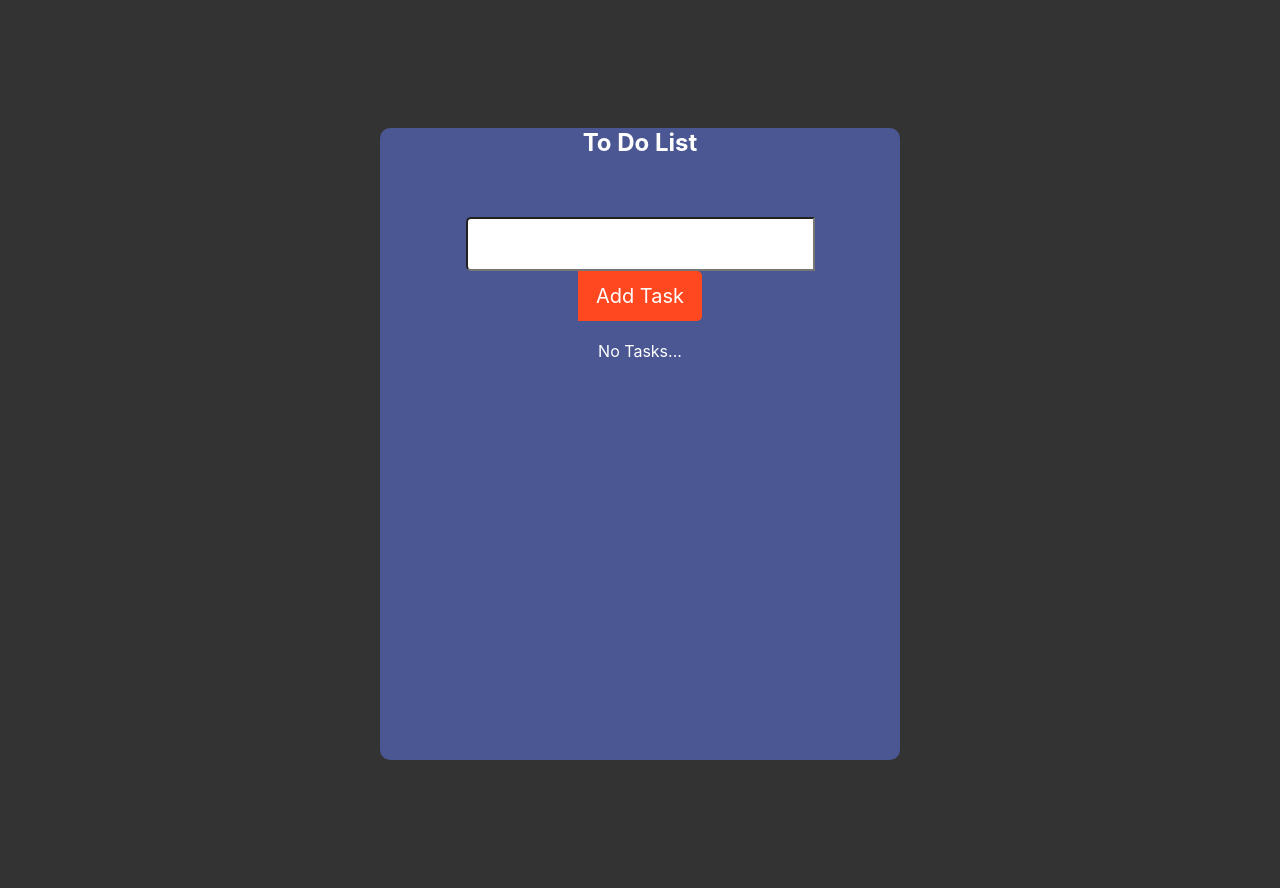
Repository: kirangautam45/ToDoList
Page: /
The author's editor kept a copy of each file at every save. The page is drawn from the files as they stood at one save, then again after a run of saves.
The browser window is 1280 px wide. The pictures show the whole page.
The project was rebuilt for these pictures with package versions that can differ from the ones it lists, and the page was loaded fresh each time. Also part of the build but not shown: src/components/Update.js.

Above is the page before, as saved 2022-08-07 20:41:41.

### src/App.js
import { useState } from "react";
import TodoForm from "./components/TodoForm";
import Update from "./components/Update";
import ToDo from "./components/Todo";

import "./App.css";

function App() {
  // Tasks (To Do List) State
  const [toDo, setToDo] = useState([]);
  const [newTask, setNewTask] = useState("");
  const [updateData, setUpdateData] = useState("");


  // Add task
  const addTask = () => {
    if (newTask) {
      let num = toDo.length + 1;
      let newEntry = { id: num, title: newTask, status: false };
      setToDo([...toDo, newEntry]);
      setNewTask("");
    }
  };

  // Delete task
  const deleteTask = (id) => {
    let newTasks = toDo.filter((task) => task.id !== id);
    setToDo(newTasks);
  };

  // Mark task as completed
  const markDone = (id) => {
    let newTask = toDo.map((task) => {
      if (task.id === id) {
        return { ...task, status: !task.status };
      }
      return task;
    });
    setToDo(newTask);
  };

  // Cancel update
  const cancelUpdate = () => {
    setUpdateData("");
  };

  // Change task for update
  const changeTask = (e) => {
    let newEntry = {
      id: updateData.id,
      title: e.target.value,
      status: updateData.status ? true : false,
    };
    setUpdateData(newEntry);
  };

  // Update task
  const updateTask = () => {
    let filterRecords = [...toDo].filter((task) => task.id !== updateData.id);
    let updatedObject = [...filterRecords, updateData];
    setToDo(updatedObject);
    setUpdateData("");
  };
  // search task

  return (
    <div className="container">
      <h2>To Do List</h2>
      <br />
      <br />

      {updateData && updateData ? (
        <Update
          updateData={updateData}
          changeTask={changeTask}
          updateTask={updateTask}
          cancelUpdate={cancelUpdate}
        />
      ) : (
        <TodoForm newTask={newTask} setNewTask={setNewTask} addTask={addTask} />
      )}

      {toDo && toDo.length ? "" : "No Tasks..."}

      <ToDo
        toDo={toDo}
        markDone={markDone}
        setUpdateData={setUpdateData}
        deleteTask={deleteTask}
      />

    </div>
  );
}

export default App;

### src/components/TodoForm.js
import React from "react";

const TodoForm = ({ newTask, setNewTask, addTask }) => {
  return (
    <div>
      <div className="row">
        <div className="col">
          <input
            value={newTask}
            onChange={(e) => setNewTask(e.target.value)}
            className="form-control"
          />
        </div>
        <div className="col-auto">
          <button onClick={addTask} className="btn-success">
            Add Task
          </button>
        </div>
      </div>
      <br />
    </div>
  );
};

export default TodoForm;

### src/components/Todo.js
import React from "react";
import { FontAwesomeIcon } from "@fortawesome/react-fontawesome";
import {
  faCircleCheck,
  faPen,
  faTrashCan,
} from "@fortawesome/free-solid-svg-icons";
const Todo = ({ toDo, markDone, setUpdateData, deleteTask }) => {
  return (
    <div>
      {toDo &&
        toDo
          .sort((a, b) => (a.id > b.id ? 1 : -1))
          .map((task, index) => {
            return (
              <React.Fragment key={task.id}>
                <div className="col taskBg">
                  <div className={task.status ? "done" : ""}>
                    <span className="taskNumber">{index + 1}</span>
                    <span className="taskText">{task.title}</span>
                  </div>
                  <div className="iconsWrap">
                    <span
                      title="Completed / Not Completed"
                      onClick={(e) => markDone(task.id)}
                    >
                      <FontAwesomeIcon icon={faCircleCheck} />
                    </span>

                    {task.status ? null : (
                      <span
                        title="Edit"
                        onClick={() =>
                          setUpdateData({
                            id: task.id,
                            title: task.title,
                            status: task.status ? true : false,
                          })
                        }
                      >
                        <FontAwesomeIcon icon={faPen} />
                      </span>
                    )}

                    <span title="Delete" onClick={() => deleteTask(task.id)}>
                      <FontAwesomeIcon icon={faTrashCan} />
                    </span>
                  </div>
                </div>
              </React.Fragment>
            );
          })}
    </div>
  );
};

export default Todo;

### src/App.css
body {
  background-color: #333;
  color: #fff;
}

.container{

  flex-direction: column;
  justify-content: start;
  width: 520px;
  min-height: 600px;
  background: #4a5792;
  text-align: center;
  margin: 128px auto;
  border-radius: 10px;
  padding-bottom: 32px;
}

.taskBg {
  background-color: rgb(130, 94, 94);
  border-radius: 6px;
  margin-bottom: 20px;
  padding: 10px 140px 10px 15px;
  text-align: left;
  font-size: 22px;
  position: relative;
}

.taskBg div {
  display: flex;
  align-items: center;
}

.taskNumber {
  color: rgb(180, 84, 84);
  border: 1px solid rgb(108, 39, 39);
  border-radius: 50%;
  width: 26px;
  height: 26px;
  display: flex;
  text-align: center;
  font-size: 14px;
  margin-right: 8px;
  align-items: center;
  justify-content: center;
}

.taskBg .taskText {
  flex: 1;
}

.taskBg .done .taskText {
  text-decoration: line-through;
  opacity: 0.8;
}

.taskBg .iconsWrap {
  position: absolute;
  top: 50%;
  transform: translateY(-50%);
  right: 15px;
  width: auto;
  display: inline-block;
}

.taskBg .iconsWrap span {
  display: inline-block;
  margin: 0px 10px 0 10px;
  cursor: pointer;
  color: #94e2be;
}

.taskBg .iconsWrap span:hover {
  color: rgb(250, 250, 23);
}

.mr-20 {
  margin-right: 20px;
}
.btn-success{
  flex: 0.6;
    min-height: 50px;
    font-family: var(--font-family);
    font-weight: 400;
    font-size: 20px;
    line-height: 28px;
    background: #FF4820;
    border: 2px solid #FF4820;
    padding: 0 1rem;
    color: #fff;
    cursor: pointer;
    outline: none;
    border-top-right-radius: 5px;
    border-bottom-right-radius: 5px;
}
.btn-warning{
  flex: 0.6;
  min-height: 50px;
  font-family: var(--font-family);
  font-weight: 400;
  font-size: 20px;
  line-height: 28px;
  background: #FF4820;
  border: 2px solid #FF4820;
  padding: 0 1rem;
  color: #fff;
  cursor: pointer;
  outline: none;
  border-top-right-radius: 5px;
  border-bottom-right-radius: 5px;

}

.form-control{
  flex: 2;
  min-height: 50px;
  font-family: var(--font-family);
  font-weight: 400;
  font-size: 20px;
  line-height: 28px;
  padding: 0 1rem;
  outline: none;
  color: rgb(28, 27, 27);
  border-top-left-radius: 5px;
  border-bottom-left-radius: 5px;
}

Loaded but not shown: public/index.html (common file); src/index.js (common file); src/index.css (common file); src/reportWebVitals.js (common file)

After the next 5 saves:
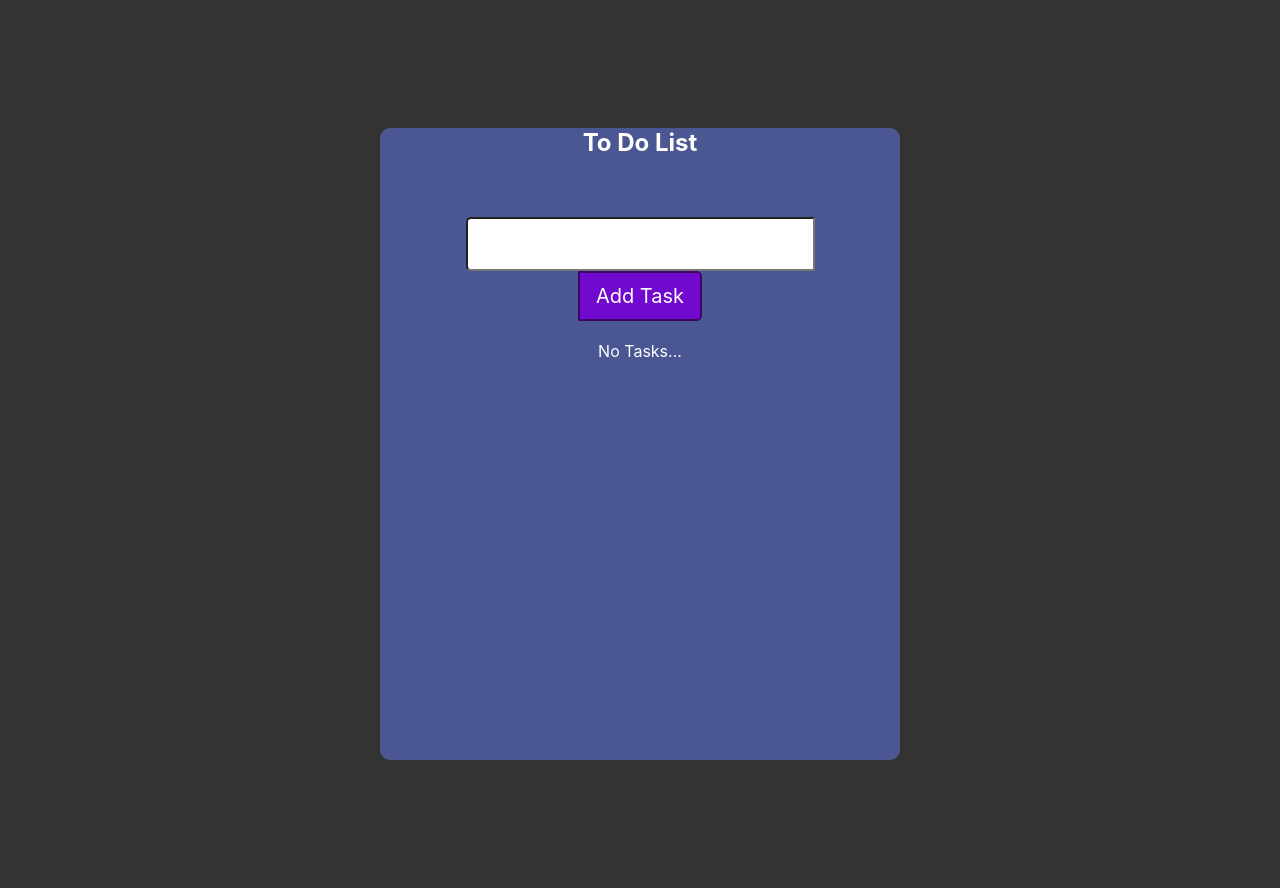
The 5 saves are shown as one change because they came seconds apart.
The last was saved 16 s later.
--- a/src/App.css
+++ b/src/App.css
@@ -84,8 +84,8 @@ body {
     font-weight: 400;
     font-size: 20px;
     line-height: 28px;
-    background: #FF4820;
-    border: 2px solid #FF4820;
+    background: #7209ce;
+    border: 2px solid #3e0664;
     padding: 0 1rem;
     color: #fff;
     cursor: pointer;
